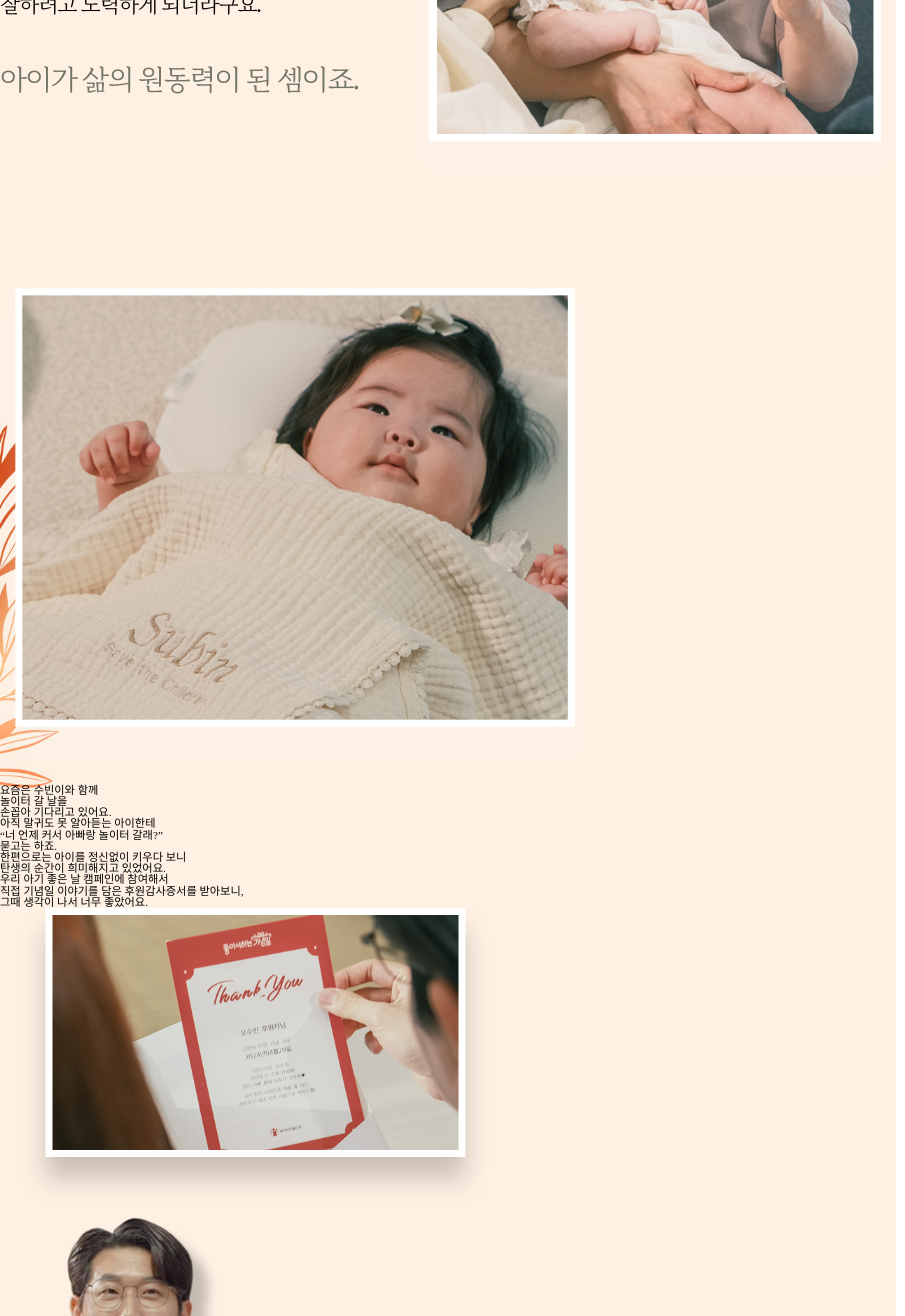
Repository: dlgywls1130/saveTheChildren
Page: index.html
An editor plug-in stored every save of this project. The page is shown before and after the next save, followed by the edit.
The browser window is 1280 px wide. The page is 1293 px wide, so the pictures cover 1293 px, including what lies to the right of the window. The pictures show the part of the page from y = 4620 to 6500 px (the page is 10868 px tall before and 10918 px after), at 70% of full size.
Some web fonts or font styles are not loaded; a fallback is used. The style sheet was rebuilt from its Sass, Less or Tailwind sources for each picture, by a compiler version that may differ from the author's.

Above is the page before, as saved 2024-11-01 22:44:06.

### index.html
<!DOCTYPE html>
<html lang="en">
<head>
    <meta charset="UTF-8">
    <meta name="viewport" content="width=device-width, initial-scale=1.0">
    <title>Document</title>

    <link rel="stylesheet" href="./css/common.css">
</head>
<body>

    <!-- main -->
    <section class="main_container">
        <div class="container">
            <div class="logo_title mb-60">
                <img src="./images/logo.png" alt="logo">
                <p>우리 아기 좋은 날 기부</p>
            </div>

            <p class="sub_title mb-30">
                의사 오진승, 아나운서 김도연 가족과 함께하는
            </p>

            <h2 class="mb-50">우리 아기<br>좋은 날 일기</h2>

            <p class="sub_span_text mb-40">
                여러분은 자녀의 소중한 순간을<br>
                어떻게 기념 하시나요?
            </p>

            <p class="sub_descript mb-60">
                보통 사진을 찍고 영상을 남기는 분들이 많으실 거에요. <br>
                <span>소중한 날을 특별하게 기념하는 방법</span>을<br>
                소개해드릴게요
            </p>

            <a href="#" class="record_btn">
                <img src="/images/pencle.png" alt="pencle">
                <p>우리 아기 좋은 날 기록하기</p>
            </a>
        </div>
    </section>

    <!-- 스토리섹션 -->

    <section class="story_section">
        <div class="container py-150">

            <!-- 영상 -->
            <div class="video_container mb-150">
                <video></video>
            </div>

            <div class="story_01">
                <p class="s01 mb-70">
                    “유튜브 <닥터프렌즈>를 운영하는 정신과 전문의 오진승,
                    <br>KBS 전 아나운서, 현 프리랜서 방송인 김도연입니다.
                </p>

                <p class="s01_1 mb-70">
                    세이브더칠드런과는 자립지원아동들과 미혼모가정을 위해
                    <br>기부하며 인연을 이어오고 있습니다.
                </p>

                <p class="s01_2 mb-70">
                    지난 4월, 첫 딸 수빈이가 저희에게 찾아와 주었어요.”
                </p>

                <img src="/images/s1_1.png" alt="story">
            </div>


            <div class="story_02 mb-150">
                <div class="story_02_01">
                    <div class="story_image">
                        <img src="/images/s2_1.png" alt="stroy">
                    </div>
                    <div class="story_text-contain">
                        <p class="story_text_01 mb-50">
                            아이가 태어나고 많은 것이 바뀌었습니다.
                        </p>
                        <p class="story_text_02 mb-50">
                            사실 저는 아이를 좋아하는 편은 아니었어요.
                            <br>하지만 낳고 처음 마주하는 순간, 생각했어요.
                        </p>
                        <p class="story_text_03 mb-50">
                            ‘천년의 사랑이 시작되었다.’
                        </p>

                        <p class="story_text_04">
                            지금은 힘들어도 아이 얼굴만 보면 웃음이 나와요.
                        </p>
                    </div>


                </div>
            </div>

            <div class="story_03 mb-150">
                <div class="story_03_01">
                    <div class="story_text-contain">
                        <p class="story_text_01 mb-100">
                            자신의 자녀를 볼 때 나오는
                            <br>도파민의 양이
                            <br>마음에 드는 이성을 보았을 때
                            <br>나오는 도파민 양의 10배나 된대요.
                        </p>
                        <p class="story_text_02 mb-60">
                            저는 현재에 안주하며 사는 편이었는데,
                            <br>딸이 태어난 후부터 삶에 대해 더 고민하며
                            <br>잘하려고 노력하게 되더라구요.
                        </p>
                        <p class="story_text_03">
                            아이가 삶의 원동력이 된 셈이죠.
                        </p>

                    </div>

                    <div class="story_image">
                        <img src="/images/s3_1.png" alt="stroy">
                    </div>



                </div>
            </div>

            <div class="story_04">
                <div class="story04_01">

                    <div class="story_image">
                        <img src="/images/s4_1.png" alt="stroy">
                    </div>

                    <div class="story_text-contain">
                        <p class="story_text_01">
                            요즘은 수빈이와 함께
                            <br>놀이터 갈 날을
                            <br>손꼽아 기다리고 있어요.
                        </p>
                        <p class="story_text_02">
                            아직 말귀도 못 알아듣는 아이한테
                            <br>“너 언제 커서 아빠랑 놀이터 갈래?”
                            <br>묻고는 하죠.
                        </p>

                    </div>

                </div>

                <div class="story04_02">

                    <div class="story_text-contain">
                        <p class="story_text_01">
                            한편으로는 아이를 정신없이 키우다 보니
                            <br>탄생의 순간이 희미해지고 있었어요.
                        </p>
                        <p class="story_text_02">
                            우리 아기 좋은 날 캠페인에 참여해서
                            <br>직접 <span>기념일 이야기를 담은 후원감사증서</span>를 받아보니,
                            <br>그때 생각이 나서 너무 좋았어요.
                        </p>

                    </div>

                    <div class="story_image">
                        <img src="/images/s4_2.png" alt="stroy">
                    </div>

                </div>
            </div>

            <div class="story_05">
                <div class="story_05_01">
                    <div class="img_story">
                        <img src="/images/s5_1.png">
                    </div>
                    <div class="story_text">
                        “아이가 건강하게 발달단계를 해내는
                        <br>소중한 순간에 기부를 하면
                        <br>수빈이가 더 건강하고,행복하게
                        <br>자라게 되지 않을까요?
                        <br>
                        <br>소중한 순간마다 기부하고
                        <br>앨범처럼 남겨서 보여주면
                        <br>자랑스러운 부모가 될 것 같아요”
                    </div>
                </div>

                <div class="story_05_02">

                    <div class="story_text">
                        “저는 칭찬 받거나 스스로에게 자부심을
                        <br>느낀 순간은 오래 기억된다고 생각해요.
                        <br>
                        <br>내 아이에게 ‘네가 첫 양치질을 잘 해낸
                        <br>기념으로  다른 친구를 도왔어.’ 라고
                        <br>말해준다면 그 뿌듯함을 밑거름으로
                        <br>자기 자신과 다른 사람 모두 사랑할 수 있는
                        <br>아이로 성장하지 않을까요?”
                    </div>

                    <div class="img_story">
                        <img src="/images/s5_2.png">
                    </div>

                </div>


                <div class="middle_cotain">
                    <p>첫 걸음마, 첫돌, 처음 엄마 아빠를 부른 날, 처음 비를 맞아본 날,
                    처음 놀이터에 간 날, 그 소중한 순간을 기부로 기록해 보세요.</p>

                    <p>후원해주신 모든 분들께 직접 작성한 기념일 이야기가 담긴 <span>후원감사증서</span>를 드리며,
                    30만원 이상 후원해 주신 분들께는 이름을 수놓은 <span>순면거즈블랭킷</span>을 증정하고 있습니다. </p>

                    <div class="middle_image">
                        <div class="middel_left">
                            <img src="/images/s6_1.png">
                        </div>
                        <div class="middel_right">
                            <img src="/images/s6_2.png">
                        </div>

                        <img src="" class="float_image">
                    </div>


                    <a href="#" class="record_btn">
                        <img src="/images/pencle.png" alt="pencle">
                        <p>우리 아기 좋은 날 기록하기</p>
                    </a>
                </div>



            </div>

        </div>


    </section>

    <!-- 후원신청 과정 -->

    <section class="sponsor_section">
        <div class="container">

            <div class="sponsor-container">
                <h2>후원신청 과정</h2>

                <div class="sponsor_list">
                    <div class="sponsor_list_inner">
                        <div class="list-inner-img">
                            <img src="">
                        </div>
                        <p>후원신청하기</p>

                    </div>
                    <span class="arrow-img"><img src=""></span>
                    <div class="sponsor_list_inner">
                        <div class="list-inner-img">
                            <img src="">
                        </div>
                        <p>후원감사증서<br>메시지 적기</p>

                    </div>
                    <span class="arrow-img"><img src=""></span>
                    <div class="sponsor_list_inner">
                        <div class="list-inner-img">
                            <img src="">
                        </div>
                        <p>신청완료</p>

                    </div>
                    <span class="arrow-img"><img src=""></span>
                    <div class="sponsor_list_inner">
                        <div class="list-inner-img">
                            <img src="">
                        </div>
                        <p>후원감사증서 발송<br>(1주일이내)</p>

                    </div>
                </div>

                <p class="info-span">30만원 이상 후원자 분들께는 순면거즈블랭킷 제작을 위한 문자가 별도 발송됩니다. (후원 2-3일 이내)</p>
            </div>


            <div class="sponsor-inner">
                <h2>후원금, 이렇게 쓰여요!</h2>

                <p>
                    세이브더칠드런은 국내외 아동을 대상으로
                    생계지원, 의료지원,  영유아용품지원, 재해재난 상황에서의
                    긴급구호 등의 활동을 진행하고 있습니다.

                    보내주신 후원금은 정치, 종교, 인종에 관계없이
                    모든 아이들을 구해야 한다는  세이브더칠드런의 신념에 따라
                    가장 도움 필요한 아이를 위해 우선 사용됩니다.

                </p>

                <img src="/images/baby.png">
            </div>
        </div>

    </section>

    <!-- faq -->
    <section class="faq_section">
        <div class="container">
            <h2>FAQ</h2>

            <ul class="faq_list">
                <li>
                    <div class="faq_question">
                        <img src="/images/leaves.png">
                        <p>30만원 이상 후원했습니다. 거즈 순면 블랭킷은 언제 오나요?</p>
                    </div>
                    <div class="faq_answer">
                        우리 아기 좋은 날 기부로 30만원 이상 후원자님들께는 담요에 수놓을 아기 이름과 선물 수령 주소
                        확인을 위한 문자가 발송됩니다. 02-6900-4479로 발송되는 문자 속 설문조사에 답해주세요.
                        확인을 완료하신 분들께는 블랭킷 제작을 담당하고 있는 조니 스튜디오에서 아기 이름 자수
                        작업 완료 후 배송해 드립니다.

                    </div>
                </li>
                <li>
                    <div class="faq_question">
                        <img src="/images/leaves.png">
                        <p>순면 거즈 블랭킷, 안전한 제품인가요? </p>
                    </div>
                    <div class="faq_answer">
                        본 블랭킷은 워싱된 3중 거즈로 제작되었으며, KC안전검사를 완료하였습니다.
                        소재 특성상 섬유 조각이 발생할 수 있어 망에 넣지 않고 3번 정도 물빨래 하시는 것을 권장합니다.

                    </div>
                </li>
                <li>
                    <div class="faq_question">
                        <img src="/images/leaves.png">
                        <p>순면 거즈 블랭킷을 받았는 데 하자가 있어요. 어떻게 해야 하나요? </p>
                    </div>
                    <div class="faq_answer">
                        물품에 동봉된 조니스튜디오 연락처로 연락 부탁드립니다. 하자 물품에 대한 교환은 수령일로부터
                        7일 이내에 조니스튜디오에 연락해주셔야 하며, 이로 인한 후원금 환불은 어렵습니다.

                    </div>
                </li>
                <li>
                    <div class="faq_question">
                        <img src="/images/leaves.png">
                        <p>후원감사증서에 넣을 수 있는 사진 사이즈는 얼마인가요?</p>
                    </div>
                    <div class="faq_answer">
                        사진 인화 사이즈 5*7 인치에 맞추어서 제작되었습니다.  그보다 작은 사진일 경우,
                        후원감사증서  내부의 주머니에 넣어 보관하실 수도  있습니다.

                    </div>
                </li>
            </ul>
        </div>
    </section>
</body>
</html>

Loaded but not shown: css/common.scss (557 lines, source omitted)

After the next save:
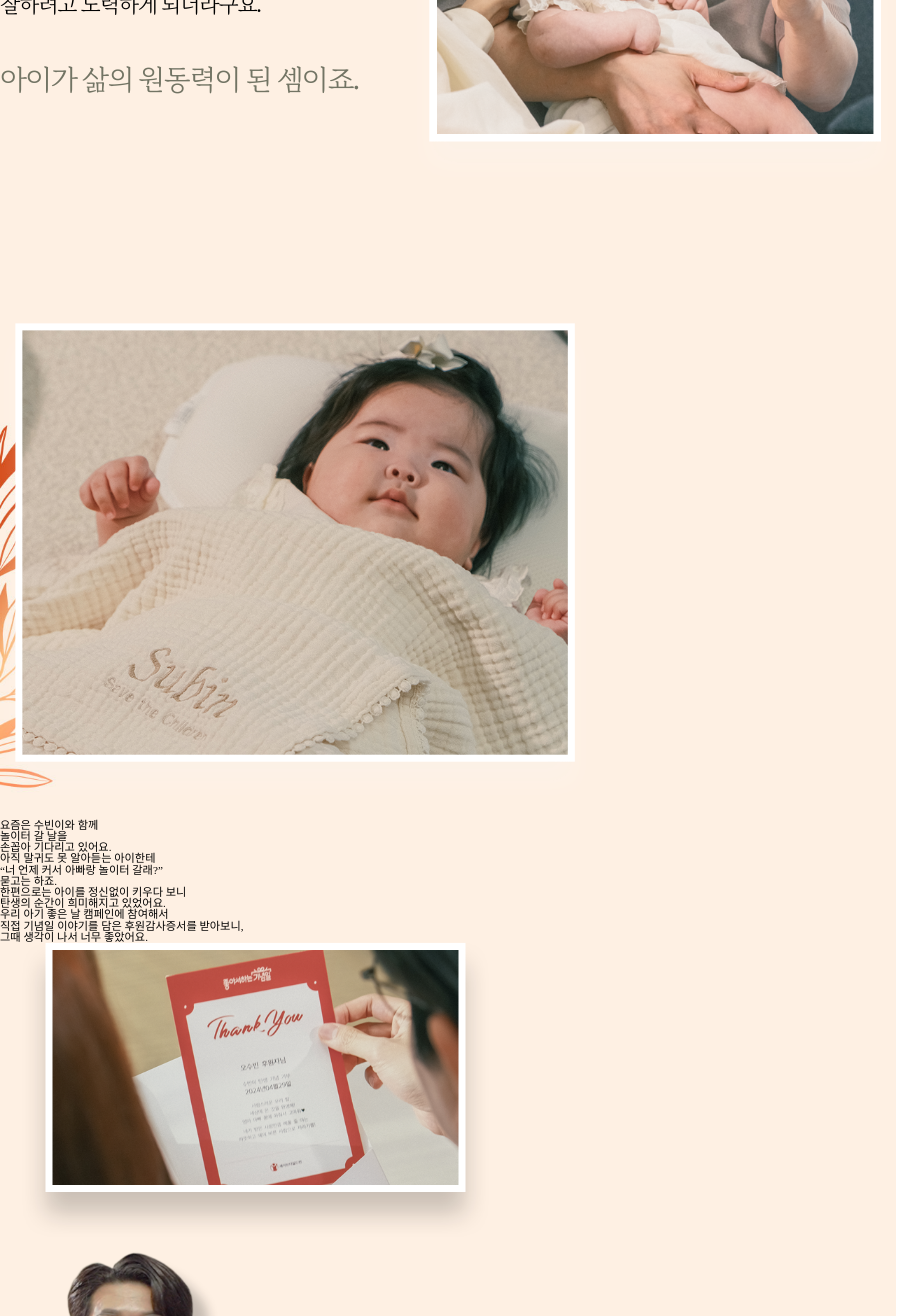
Saved 14 s later.
--- a/index.html
+++ b/index.html
@@ -96,7 +96,7 @@
                 </div>
             </div>
 
-            <div class="story_03 mb-150">
+            <div class="story_03 mb-200">
                 <div class="story_03_01">
                     <div class="story_text-contain">
                         <p class="story_text_01 mb-100">
